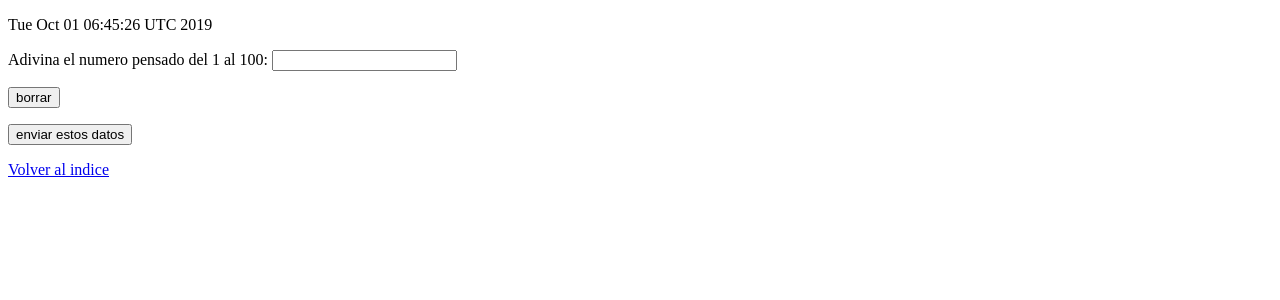
Repository: weertop/2DAW
Page: http://localhost/Formularios/adivinaNumero.jsp
An editor plug-in stored every save of this project. The page is shown before and after the next save, followed by the edit.
The browser window is 1280 px wide. The pictures show the whole page.
The page is served by Tomcat 9.

Above is the page before, as saved 2019-10-01 07:57:45.

After the next save:
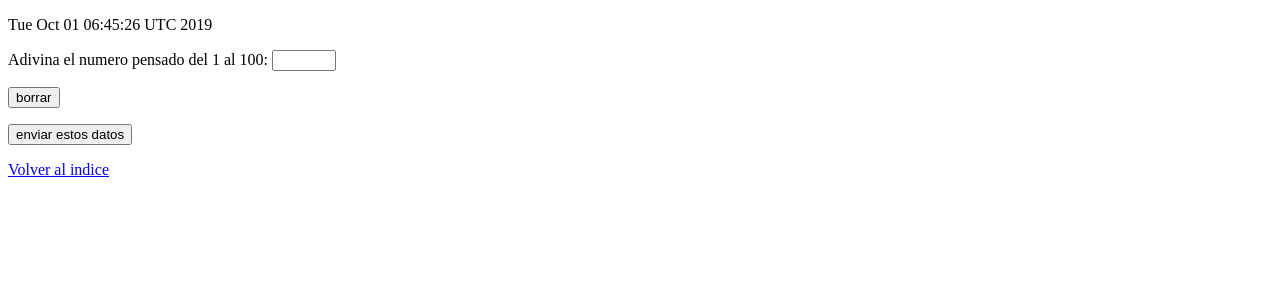
Saved 35 s later.
--- a/DWServidor/eclipse-workspace-photom/Formularios/WebContent/adivinaNumero.jsp
+++ b/DWServidor/eclipse-workspace-photom/Formularios/WebContent/adivinaNumero.jsp
@@ -16,7 +16,7 @@
 	int numero = rd.nextInt(100)+1;
 	%>
 	<form action="destinoAdivinaNumero.jsp" method="post">
-		<p> Adivina el numero pensado del 1 al 100: <input type="number" name="nombre" required/> </p>
+		<p> Adivina el numero pensado del 1 al 100: <input type="number" name="nombre" min="1" max="100" required/> </p>
 
 		<p><input type="hidden" name="numero" value="<%=numero%>"/> </p>
 		<p> <input type="reset" name="borrar" value="borrar" />	</p>
